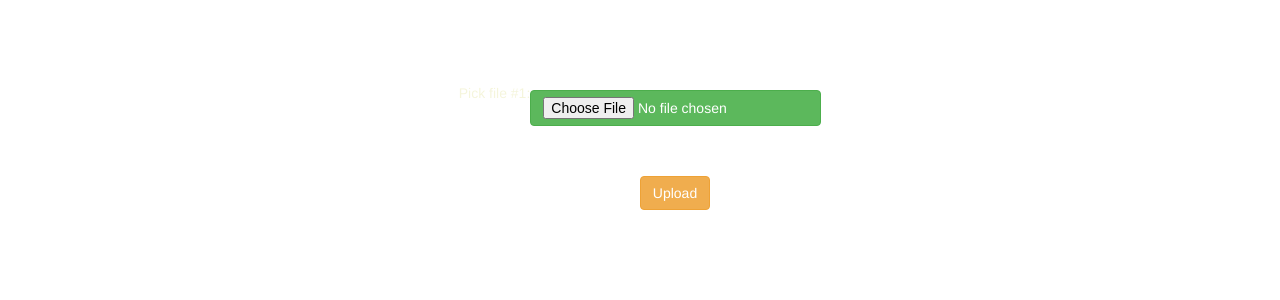
Repository: 123poornima/UpdatedSecondProject
Page: frontendPro/WebContent/_user/uploadPicture.html
These files come from the project's save history. The page is drawn as it stood at one moment and after the next save; the edit follows.
The browser window is 1280 px wide. The pictures show the whole page.

Above is the page before, as saved 2017-01-17 04:59:44.

After the next save:
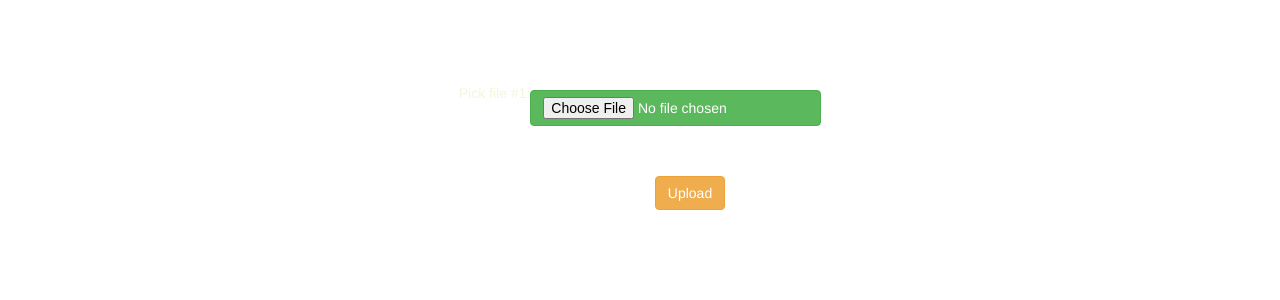
Saved 29 s later.
--- a/frontendPro/WebContent/_user/uploadPicture.html
+++ b/frontendPro/WebContent/_user/uploadPicture.html
@@ -24,7 +24,7 @@
 
                 <tr>
                  <br>
-                    <td colspan="2" align="center"><input style="margin-top:50px;margin-left:70px" class="btn btn-warning" type="submit" value="Upload" /></td>
+                    <td colspan="2" align="center"><input style="margin-top:50px;margin-left:100px" class="btn btn-warning" type="submit" value="Upload" /></td>
                 </tr>
 
 
